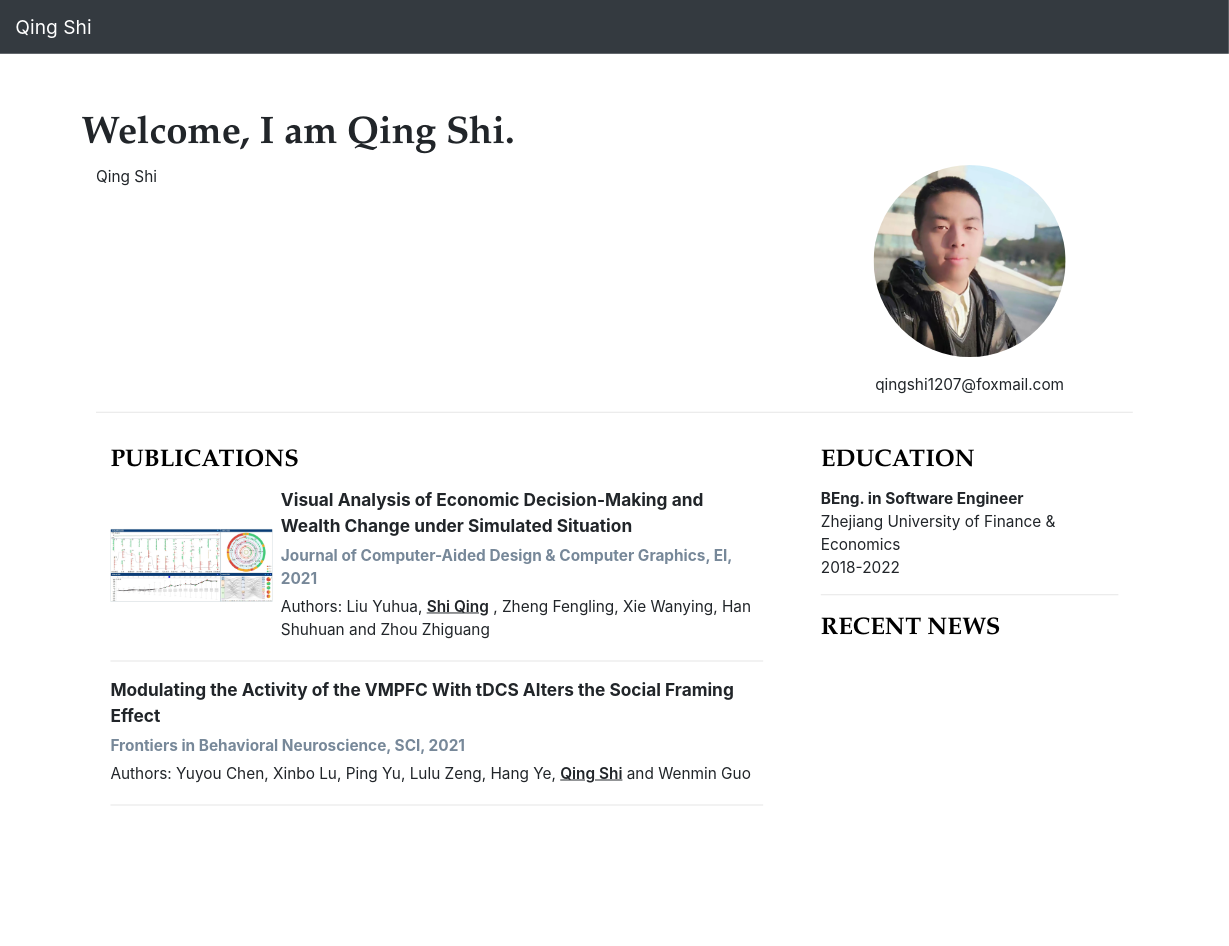
Repository: sqsssq/webpage
Page: index.html
An editor plug-in stored every save of this project. The page is shown before and after the next save, followed by the edit.
The browser window is 1280 px wide. The pictures show the whole page, at 96% of full size.
Some web libraries are served in a nearby version.

Above is the page before, as saved 2022-03-28 11:59:51.

### index.html
<!--
 * @Author: Qing Shi
 * @LastEditTime: 2022-03-28 10:55:26
 * @Knowledge:
 * @Description: my homepage
 * @Attention:
-->
<!doctype html>
<html lang="zh-CN">

<head>
    <!-- 必须的 meta 标签 -->
    <meta charset="utf-8">
    <meta name="viewport" content="width=device-width, initial-scale=1, shrink-to-fit=no">
    <title>Qing Shi</title>

    <!-- 新 Bootstrap4 核心 CSS 文件 -->
    <link rel="stylesheet" href="https://cdn.staticfile.org/twitter-bootstrap/4.3.1/css/bootstrap.min.css">

    <!-- jQuery文件。务必在bootstrap.min.js 之前引入 -->
    <script src="https://cdn.staticfile.org/jquery/3.2.1/jquery.min.js"></script>

    <!-- bootstrap.bundle.min.js 用于弹窗、提示、下拉菜单，包含了 popper.min.js -->
    <script src="https://cdn.staticfile.org/popper.js/1.15.0/umd/popper.min.js"></script>

    <!-- 最新的 Bootstrap4 核心 JavaScript 文件 -->
    <script src="https://cdn.staticfile.org/twitter-bootstrap/4.3.1/js/bootstrap.min.js"></script>

    <link rel="stylesheet" href="css/index.css">
    <link rel="shortcut icon" href="icon/bitbug_favicon.ico" />
</head>

<body>

    <nav class="navbar  navbar-dark bg-dark">
        <a class="navbar-brand" href="#">
            Qing Shi
        </a>

        <!-- <button type="button" class="btn btn-outline-primary">中/EN</button> -->
    </nav>

    <div class="container framework">
        <!-- Image and text -->
        <div class="webHeader row">
            <h1 id="ToptitleFont">Welcome, I am Qing Shi.</h1>
            <!-- <hr> -->
            <div class="webIntroduction col-lg-8">
                Qing Shi
            </div>

            <div class="webPhoto col-lg-4">
                <img src="figure/sq3.jpg">
                <div class="info">
                    <!-- <svg class="svg-inline--fa fa-envelope-square fa-w-14 fa-fw fa-lg mr-2" aria-hidden="true" focusable="false" data-prefix="fas" data-icon="envelope-square" role="img" xmlns="http://www.w3.org/2000/svg" viewBox="0 0 448 512" data-fa-i2svg=""><path fill="currentColor" d="M400 32H48C21.49 32 0 53.49 0 80v352c0 26.51 21.49 48 48 48h352c26.51 0 48-21.49 48-48V80c0-26.51-21.49-48-48-48zM178.117 262.104C87.429 196.287 88.353 196.121 64 177.167V152c0-13.255 10.745-24 24-24h272c13.255 0 24 10.745 24 24v25.167c-24.371 18.969-23.434 19.124-114.117 84.938-10.5 7.655-31.392 26.12-45.883 25.894-14.503.218-35.367-18.227-45.883-25.895zM384 217.775V360c0 13.255-10.745 24-24 24H88c-13.255 0-24-10.745-24-24V217.775c13.958 10.794 33.329 25.236 95.303 70.214 14.162 10.341 37.975 32.145 64.694 32.01 26.887.134 51.037-22.041 64.72-32.025 61.958-44.965 81.325-59.406 95.283-70.199z"></path></svg> -->
                    qingshi1207@foxmail.com
                </div>
            </div>
        </div>
        <hr>
        <div class="webMain row">
            <div class="col-lg-8" style="padding-left: 30px; padding-right: 30px;">
                <div id="webPublication">
                    <h3 id="titleFont">
                        PUBLICATIONS
                    </h3>
                    <div class="totalPublic">
                        <div class="public">
                            <div class="row">
                                <div class="col sys">
                                    <img src="figure/fig1.jpg" alt="">
                                </div>
                                <div class="col-9">
                                    <p class="ptitle">
                                        Visual Analysis of Economic Decision-Making and Wealth Change under Simulated
                                        Situation
                                    </p>

                                    <p class="pub">
                                        <span class="full">Journal of Computer-Aided Design & Computer Graphics, EI,
                                            2021</span>
                                    </p>
                                    <p class="pauthor">
                                        <span class="author">Authors:&nbsp;Liu Yuhua,</span>
                                        <span class="me">Shi Qing</span>
                                        <span class="author">, Zheng Fengling, Xie Wanying, Han Shuhuan and Zhou
                                            Zhiguang</span>
                                    </p>
                                </div>
                            </div>
                        </div>
                        <hr>
                        <div class="public">
                            <div class="row">
                                <div class="col"></div>
                                <div class="col-12">
                                    <p class="ptitle">
                                        Modulating the Activity of the VMPFC With tDCS Alters the Social Framing
                                        Effect
                                    </p>

                                    <p class="pub">
                                        <span class="full">Frontiers in Behavioral Neuroscience, SCI, 2021</span>
                                    </p>
                                    <p class="pauthor">
                                        <span class="author">Authors:&nbsp;Yuyou Chen, Xinbo Lu, Ping Yu, Lulu Zeng,
                                            Hang Ye,</span>
                                        <span class="me">Qing Shi</span>
                                        <span class="author"> and Wenmin Guo</span>
                                    </p>
                                </div>
                            </div>
                        </div>
                    </div>
                </div>
                <hr>
            </div>
            <div class="col-lg-4" style="padding-right: 30px;padding-left: 30px;">
                <div id="webEducation">
                    <h3 id="titleFont">
                        <!-- ::before -->
                        EDUCATION
                    </h3>
                    <a style="font-weight: bold;">BEng. in Software Engineer</a>
                    <br>
                    Zhejiang University of Finance & Economics
                    <br>
                    2018-2022
                </div>
                <hr>
                <div id="webSkill">
                    <h3 id="titleFont">RECENT NEWS</h3>
                </div>
            </div>
        </div>
</body>

</html>

### css/index.css
* {
    margin: 0;
    padding: 0;
}

body {
    /* font-family:Georia,serif; */
    background: #ffffff;
    /* font-weight:bold; */
    /* font-size:15px; */
    /* color:#333;
    overflow: hidden; */
    -webkit-font-smoothing: antialiased;
}

.framework {
    /* height: 1000px; */
    margin-top: 30px;
    margin-bottom: 100px;
    padding: 30px 30px 30px 30px;
    width: 90%;
    /* border-color: black; */
    /* border-width: 3px; */
    /* border-style: solid; */
    /* box-shadow: darkgrey 0px 0px 30px 5px ; */
}

/* *, *::before, *::after {
    box-sizing: border-box;
} */

#ToptitleFont {
    /* Garamond */
    font-family: Garamond;
    font-weight: bold;
}

#titleFont {
    /* Garamond */
    font-family: Garamond;
    font-weight: bold;
    font-size: 25px;
    color: rgb(0, 0, 0);
    margin-top: 15px;
    line-height: 1.5;
}

.public {
}

.public p{
    margin-bottom: 5px;
    line-height: 1.5;

}

.public .ptitle {
    font-weight: 700;
    font-size: 18px;
}

.public .pauthor {
    font-size: 16px;
    font-weight: 400;
}

.public .me {
    font-weight: 600;
    text-decoration: underline;
}
.public .pub {
    display: flex;
    align-items: center;
    flex-wrap: wrap;
}

.public .full {
    font-size: 16px;
    font-weight: 700;
    color: lightslategray;
}

/* #titleFont:before {
    content: "";
    display: inline-block;
    width: 5px;
    height: 100%;
    background: #54b689;
    position: absolute;
    left: 0;
    top: 0;
} */

.webPhoto {
    /* align-items: center; */
    /* background-color: aqua; */
    display: flex;
    flex-direction: column;
    justify-content: center;
    align-items: center;
}

.webPhoto img {
    border-radius: 50%;
    height: 200px;
    width: 200px;
}

.sys {
    padding-right: 10px;
    /* display: table-cell; */
    align-items: center;
    vertical-align: middle;
}

.sys img {
    width: 95%;
    position: absolute;
    top: 50%;
    transform: translate(0%, -50%);
    /* margin: auto; */
}

img {
    /* display: table-cell; */
    vertical-align: middle;
    align-items: center;
    justify-content: center;
    border-style: none;
}

.webPhoto .info {
    margin-top: 15px;
    text-align: center;
    line-height: 1.64;
}

/*chrome--------------------------------------------start*/
::-webkit-scrollbar {
    width: 8px;
    height: 8px;
}

/* Track */
::-webkit-scrollbar-track {
    background: #ffffff;
    border-radius: 8px;
}

/* Handle */
::-webkit-scrollbar-thumb {
    background: rgb(201, 201, 202);
    border-radius: 8px;
}

/* Handle on hover */
::-webkit-scrollbar-thumb:hover {
    background: rgb(162, 162, 163);
}

.el-menu::-webkit-scrollbar,
.el-table__body-wrapper::-webkit-scrollbar {
    display: none;
}

.el-menu:hover::-webkit-scrollbar,
.el-table__body-wrapper:hover::-webkit-scrollbar {
    display: block;
}

/*chrome--------------------------------------------end*/

After the next save:
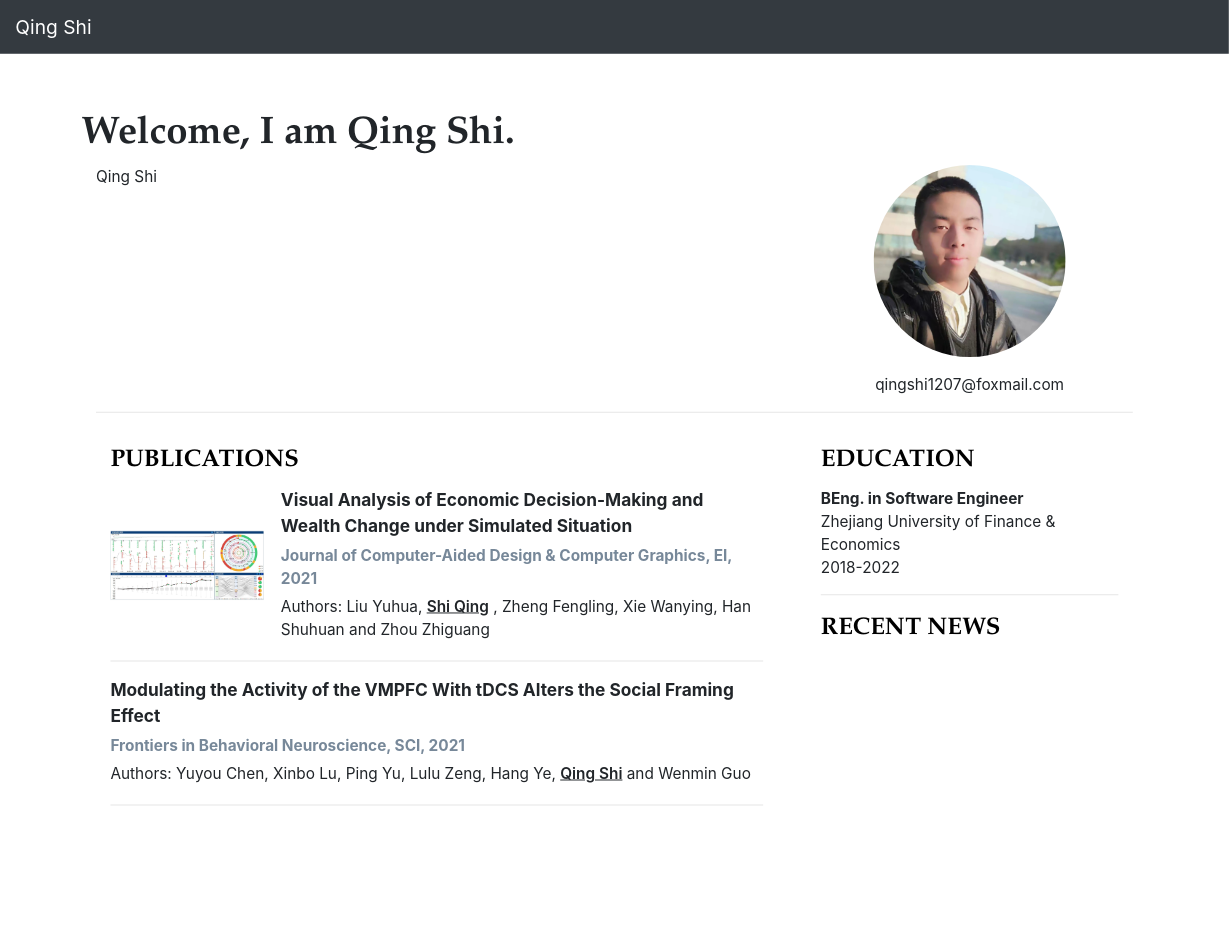
Saved 9 s later.
--- a/css/index.css
+++ b/css/index.css
@@ -114,7 +114,7 @@ body {
 }
 
 .sys img {
-    width: 95%;
+    width: 90%;
     position: absolute;
     top: 50%;
     transform: translate(0%, -50%);
